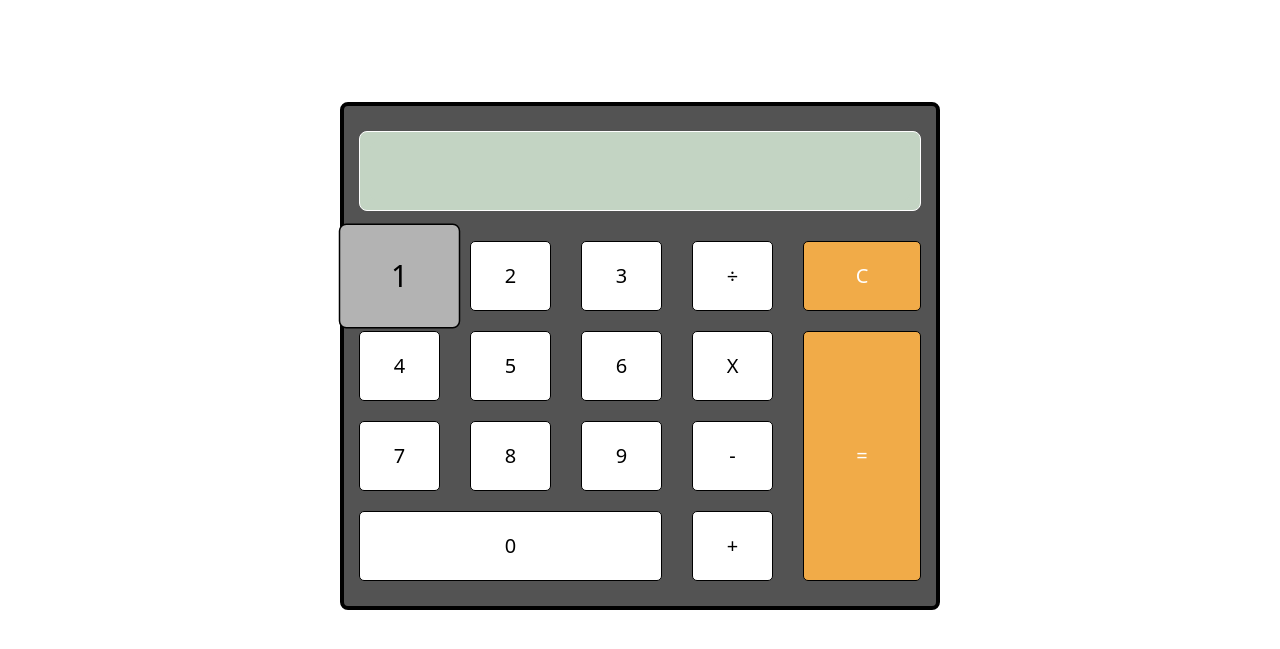
Repository: jsakdalan/CalculatorReactTypescript
Page: /
The author's editor kept a copy of each file at every save. The page is drawn from the files as they stood at one save, then again after a run of saves.
The browser window is 1280 px wide. The pictures show the whole page.
The first visible `.btn-primary` is being pressed.
The project was rebuilt for these pictures with package versions that can differ from the ones it lists, and the page was loaded fresh each time. Also part of the build but not shown: src/App.css.

Above is the page before, as saved 2022-06-07 17:49:25.

### src/App.tsx
import  Calculator from './pages/Calculator';
import './App.css';
import 'bootstrap/dist/css/bootstrap.min.css'

export default function App() {

  return(
    <Calculator/>
  )
}

### src/pages/Calculator.tsx
import React from 'react';
import Col from 'react-bootstrap/Col';
import Container from 'react-bootstrap/Container';
import Row from 'react-bootstrap/Row';
import Button from 'react-bootstrap/Button';
import InputGroup from 'react-bootstrap/InputGroup';
import FormControl from 'react-bootstrap/FormControl';
import './Calculator.css'

export default function TextEditor(){

    interface Screen{
        styling: string;
    }

    interface Buttons {
        styling: string;
        btnNumber: string;
    }

    const Screen = (props:Screen) => {
        return(
            <InputGroup size="lg" className={props.styling}>
                    <FormControl
      aria-label="Default"
      aria-describedby="inputGroup-sizing-default"
    />
            </InputGroup>
        )
    }

    const Buttons = (props:Buttons) => {
        return(
            <Button className={props.styling}>
                {props.btnNumber}
            </Button>
        )
    }

    return(
        <>
            <Container className="container">
                <Row>
                    <Col><Screen styling="screen"/></Col>
                </Row>
                <Row>
                    <Col md={9}>
                        <Row>
                            <Col md={12}>
                                <Row>
                                    <Col md={3}><Buttons styling="numerical" btnNumber="1"/></Col>
                                    <Col md={3}><Buttons styling="numerical" btnNumber="2"/></Col>
                                    <Col md={3}><Buttons styling="numerical" btnNumber="3"/></Col>
                                    <Col md={3}><Buttons styling="operational" btnNumber="&#247;"/></Col>
                                </Row>
                            </Col>
                            <Col md={12}>
                                <Row>
                                    <Col md={3}><Buttons styling="numerical" btnNumber="4"/></Col>
                                    <Col md={3}><Buttons styling="numerical" btnNumber="5"/></Col>
                                    <Col md={3}><Buttons styling="numerical" btnNumber="6"/></Col>
                                    <Col md={3}><Buttons styling="operational" btnNumber="X"/></Col>
                                </Row>
                            </Col>
                            <Col md={12}>
                                <Row>
                                    <Col md={3}><Buttons styling="numerical" btnNumber="7"/></Col>
                                    <Col md={3}><Buttons styling="numerical" btnNumber="8"/></Col>
                                    <Col md={3}><Buttons styling="numerical" btnNumber="9"/></Col>
                                    <Col md={3}><Buttons styling="operational" btnNumber="-"/></Col>
                                </Row>
                            </Col>
                            <Col md={12}>
                                <Row>
                                    <Col md={9}><Buttons styling="numerical" btnNumber="0"/></Col>
                                    <Col md={3}><Buttons styling="numerical" btnNumber="+"/></Col>
                                </Row>
                            </Col>
                        </Row>
                    </Col>
                    <Col>
                        <Row>
                            <Col>
                                <Row>
                                    <Col md={12}><Buttons styling="erase" btnNumber="C"/></Col>
                                    <Col md={12}><Buttons styling="equals" btnNumber="="/></Col>
                                </Row>
                            </Col>
                        </Row>
                    </Col>
                </Row>
            </Container>
        </>
    )
}

### src/pages/Calculator.css
*{
    font-weight: bold;
    font-size: 20px;
    text-align: center;
}

.container{
    margin-top:8%;
    max-width: 600px!important;
    width: 400px;
    display: flex;
    flex-direction: column;
    border: 4px solid black;
    padding: 15px!important;
    border-radius: 8px;
    background-color: #535353;
}

.screen{
    width: 100%;
    padding: 10px;
    margin: 10px 0px 20px 0px;
    background-color: #c3d4c3;
    border-radius: 8px;
    border: 0.5px solid white;
}

.input-group>.form-control{
    position: relative;
    flex: 1 1 auto;
    width: 1%;
    background-color: #c3d4c3;
    min-width: 0;
    border: none;
    text-align: right;
}

.btn-primary{
    border:0.5px solid black!important;
}

.numerical{
    background-color: #ffffff!important;
    height: 70px;
    color: black!important;
    width: 100%;
    padding: 10px;
    margin: 10px 0px 10px 0px;
    background-color: #eeeeee;
}

.btn-primary:focus{
    box-shadow: none!important;
}

.btn-primary:active{
    transform: scale(1.5);
    transition: 1s;
    background-color:rgb(179, 179, 179)!important;
    box-shadow: none!important;
}


.operational{
    background-color: #ffffff!important;
    height: 70px;
    color: black!important;
    width: 100%;
    padding: 10px;
    margin: 10px 0px 10px 0px;
}

.equals{
    background-color: #f1ab48!important;
    height: 250px;
    width: 100%;
    padding: 10px;
    margin: 10px 0px 10px 0px;
}

.erase{
    background-color: #f1ab48!important;
    height: 70px;
    width: 100%;
    padding: 10px;
    margin: 10px 0px 10px 0px;
}

Loaded but not shown: public/index.html (common file); src/index.tsx (common file); src/index.css (common file); src/reportWebVitals.ts (common file); public/manifest.json (common file)

After the next 2 saves:
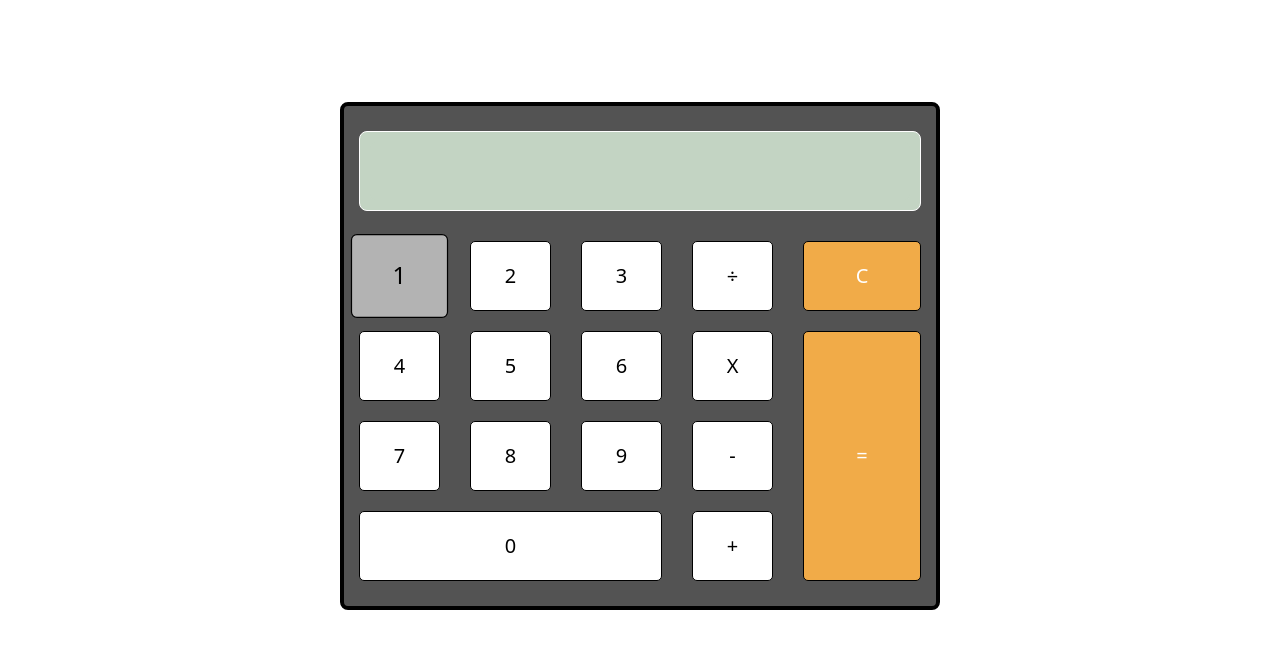
The 2 saves are shown as one change because they came seconds apart.
The last was saved 9 s later.
--- a/src/pages/Calculator.css
+++ b/src/pages/Calculator.css
@@ -54,7 +54,7 @@
 }
 
 .btn-primary:active{
-    transform: scale(1.5);
+    transform: scale(1.2);
     transition: 1s;
     background-color:rgb(179, 179, 179)!important;
     box-shadow: none!important;
